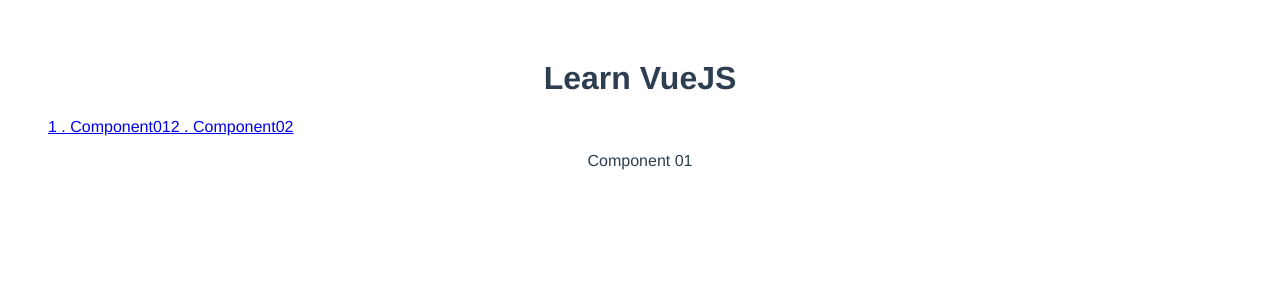
Repository: SWE-VueJS/vue-todo
Page: /#/Component01
The author's editor kept a copy of each file at every save. The page is drawn from the files as they stood at one save, then again after the next save.
The browser window is 1280 px wide. The pictures show the whole page.
The project was rebuilt for these pictures with package versions that can differ from the ones it lists, and the page was loaded fresh each time. Also part of the build but not shown: src/components/Component02.vue.

Above is the page before, as saved 2018-11-01 09:22:20.

After the next save:
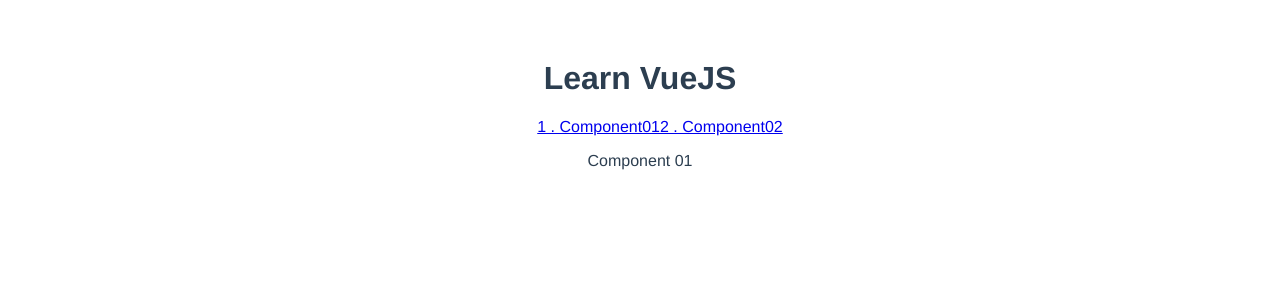
Saved 33 s later.
--- a/src/App.vue
+++ b/src/App.vue
@@ -42,6 +42,9 @@
 .flexbox{
   display: flex;
 }
+.justify-content-center{
+  justify-content: center;
+}
 .list{
   list-style: none;
 }
